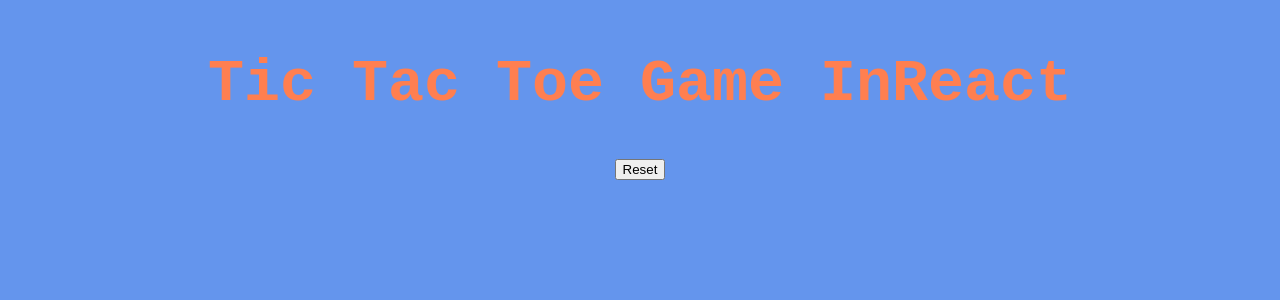
Repository: jontslater/tictaktoe
Page: /
The author's editor kept a copy of each file at every save. The page is drawn from the files as they stood at one save, then again after the next save.
The browser window is 1280 px wide. The pictures show the whole page.
The project was rebuilt for these pictures with package versions that can differ from the ones it lists, and the page was loaded fresh each time. Also part of the build but not shown: src/App.css.

Above is the page before, as saved 2024-06-30 10:17:44.

After the next save:
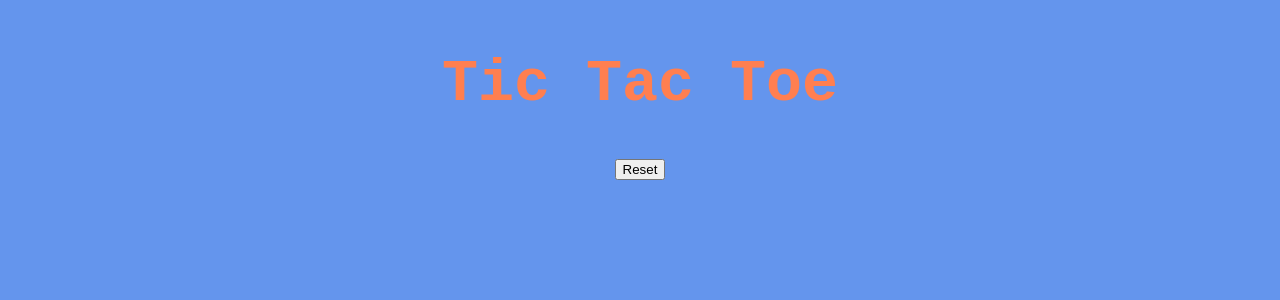
Saved 51 s later.
--- a/src/Components/TicTacToe/TicTacToe.jsx
+++ b/src/Components/TicTacToe/TicTacToe.jsx
@@ -6,7 +6,7 @@ import x from '../Assets/x.jpg'
 const TicTacToe = () => {
   return (
     <div className= 'container'>
-     <h1 className='title'>Tic Tac Toe Game In <span>React</span></h1>
+     <h1 className='title'>Tic Tac Toe</h1>
      <div className='board'>
 
      </div>
